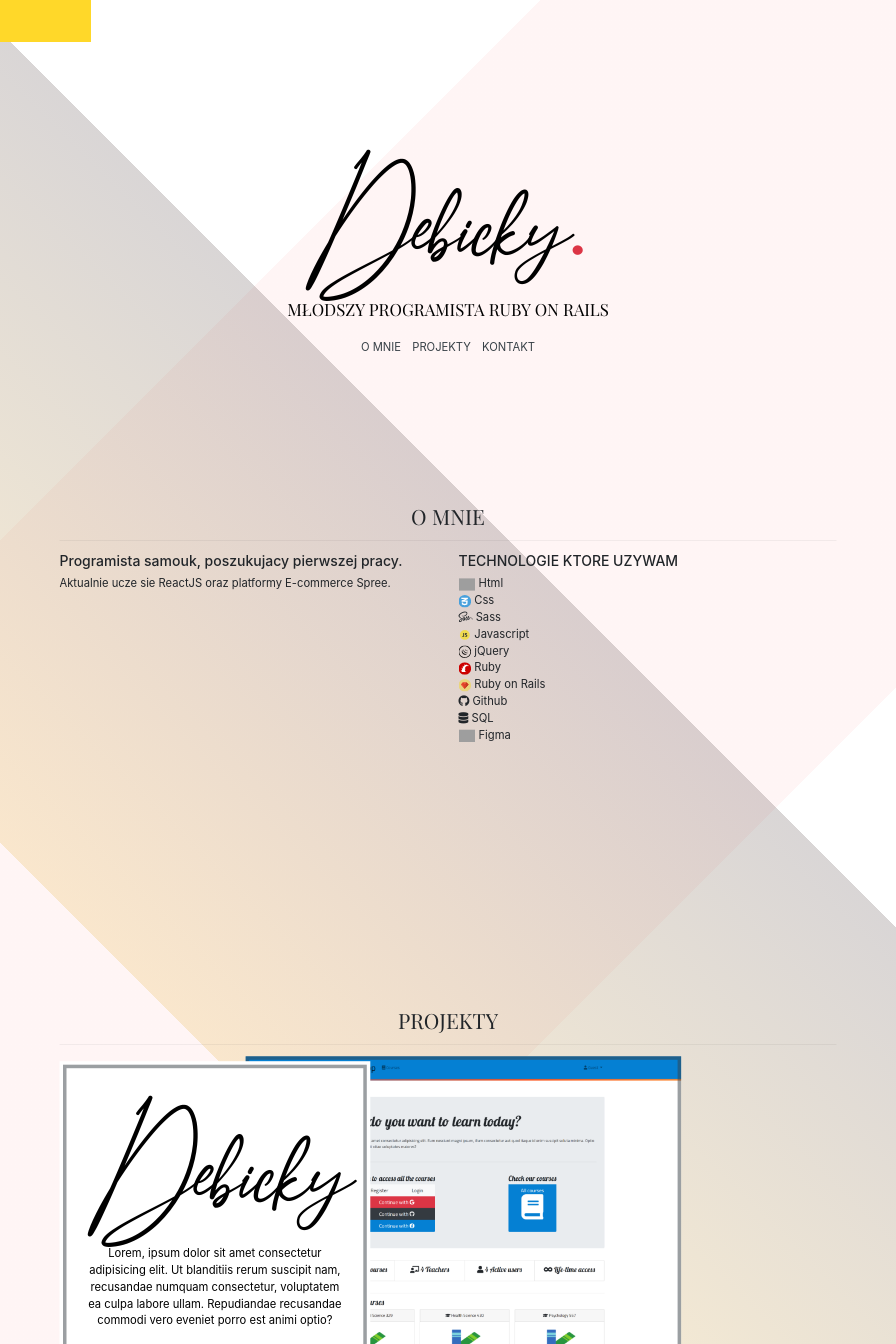
Repository: debicky/debicky.github.io
Page: index.html
These files come from the project's save history. The page is drawn as it stood at one moment and after a run of saves; the edit follows.
The browser window is 1280 px wide. The pictures show the part of the page from y = 0 to 1920 px (the page is 4239 px tall), at 70% of full size.
Pictures or frames that could not be fetched are drawn as grey boxes. Some web libraries are served in a nearby version.

Above is the page before, as saved 2020-06-14 12:36:25.

After the next 4 saves:
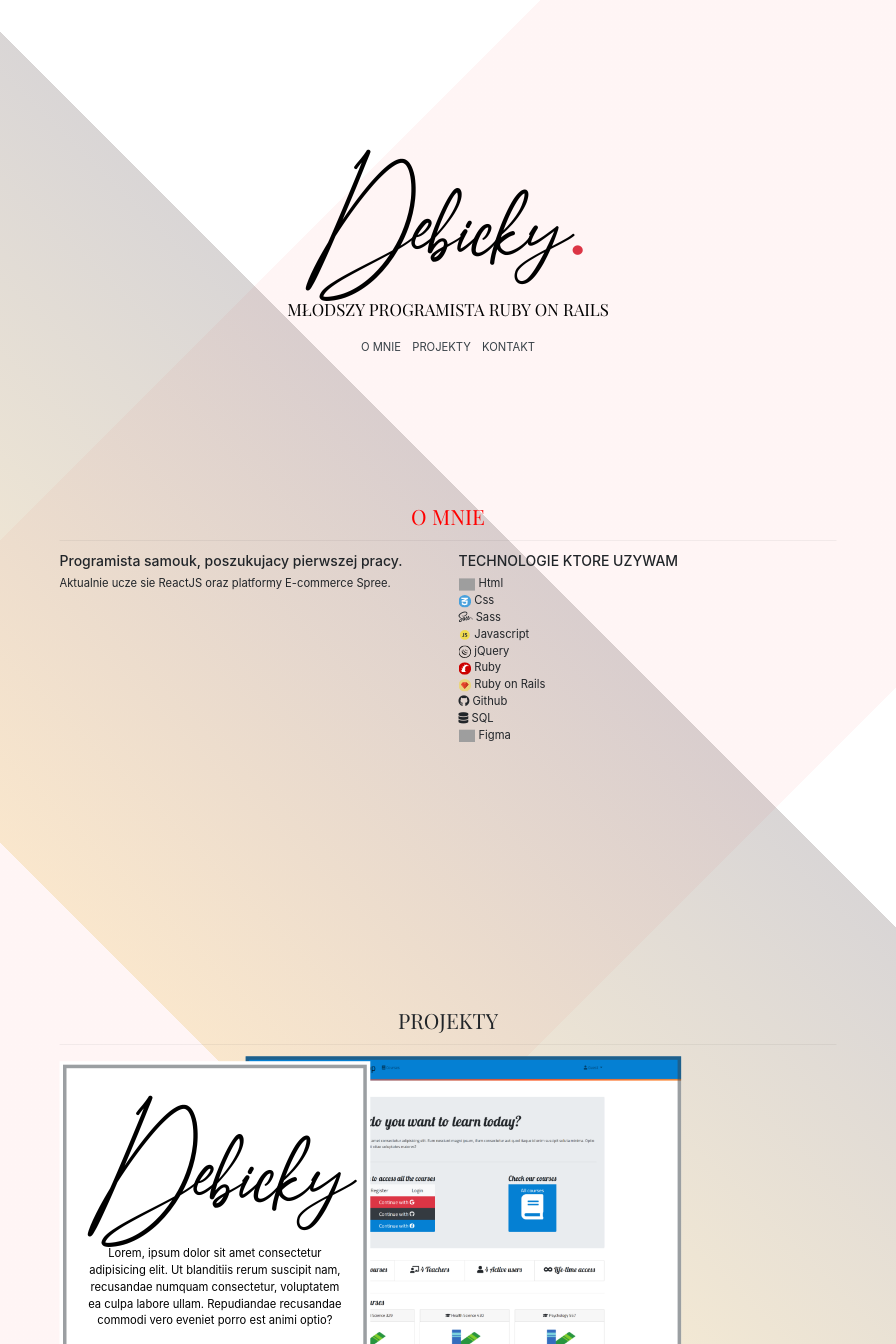
The 4 saves are shown as one change because they came seconds apart.
The last was saved 2 min 24 s later.
--- a/styles.css
+++ b/styles.css
@@ -99,15 +99,8 @@ header{
   height: 100vh;
 }
 
-.about h1::before {
-  z-index: -1;
-  content: "";
-  background-color: rgb(255, 216, 41);
-  height: 70px;
-  width: 150px;
-  top: -10px;
-  left: -20px;
-  position: absolute;
+.about h1 {
+  color: red;
 }
 
 .about img{
